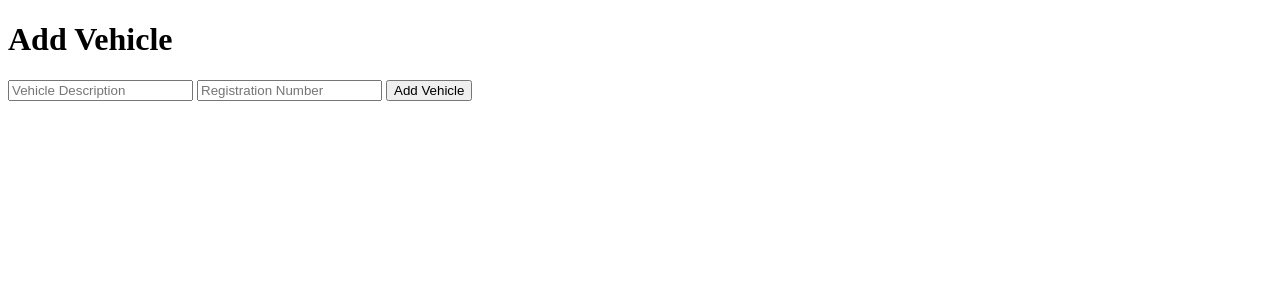
Repository: lasity34/fuel-consumption-api
Page: public/add-vehicle.html
These files come from the project's save history. The page is drawn as it stood at one moment and after the next save; the edit follows.
The browser window is 1280 px wide. The pictures show the whole page.

Above is the page before, as saved 2023-11-30 10:26:02.
Console error: SyntaxError: Cannot use import statement outside a module

After the next save:
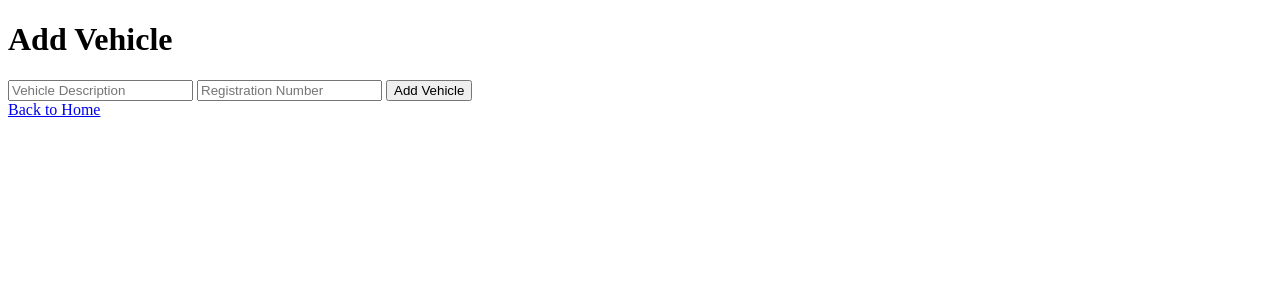
Saved 101 s later.
--- a/public/add-vehicle.html
+++ b/public/add-vehicle.html
@@ -5,17 +5,17 @@
     <title>Add Vehicle</title>
     <link rel="stylesheet" href="./add-vehicle.css">
 </head>
-<!-- create 2 inputs (description, regnumber) -->
-<!-- display error messages -->
-
 <body>
-    <h1>Add Vehicle</h1>
-    <form id="addVehicleForm">
-        <input type="text" id="description" name="description" placeholder="Vehicle Description" required>
-        <input type="text" id="regNumber" name="regNumber" placeholder="Registration Number" required>
-        <button type="submit">Add Vehicle</button>
-    </form>
-    <div id="message" class="message"></div>
+    <div class="container">
+        <h1>Add Vehicle</h1>
+        <form id="addVehicleForm">
+            <input type="text" id="description" name="description" placeholder="Vehicle Description" required>
+            <input type="text" id="regNumber" name="regNumber" placeholder="Registration Number" required>
+            <button type="submit">Add Vehicle</button>
+        </form>
+        <div id="message" class="message"></div>
+        <a href="index.html" class="back-link">Back to Home</a>
+    </div>
 
     <script src="add-vehicle.js"></script>
 </body>
